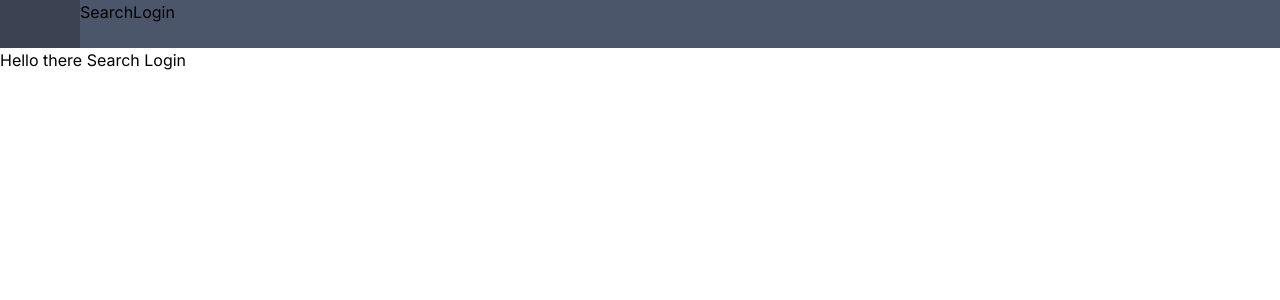
Repository: Qu4ntumGuy/project-bug
Page: /
These files come from the project's save history. The page is drawn as it stood at one moment and after the next save; the edit follows.
The browser window is 1280 px wide. The pictures show the whole page.
The project was rebuilt for these pictures with package versions that can differ from the ones it lists, and the page was loaded fresh each time. The framework's server and built-in components were replaced by stand-ins that run in the browser. Also part of the build but not shown: next.config.mjs.

Above is the page before, as saved 2024-02-11 22:07:08.

### src/app/layout.js
import { Inter } from "next/font/google";
import "./globals.css";

const inter = Inter({ subsets: ["latin"] });

export default function RootLayout({ children }) {
  return (
    <html lang="en">
      <head>
        <title>Project-bug</title>
        <meta name="description" content="Description goes here." />
        <link rel="preconnect" href="https://fonts.googleapis.com" />
        <link rel="preconnect" href="https://fonts.gstatic.com" crossorigin />
        <link
          href="https://fonts.googleapis.com/css2?family=Fira+Code:wght@300;400;500;600&display=swap"
          rel="stylesheet"
        />
      </head>
      <body className={inter.className}>{children}</body>
    </html>
  );
}

### src/app/page.js
import Navbar from "@/components/Navbar";
import Image from "next/image";

export default function Home() {
  return (
    <div>
      <Navbar />
      Hello there Search Login
    </div>
  );
}

### src/app/globals.css
@tailwind base;
@tailwind components;
@tailwind utilities;

/* :root {
  --foreground-rgb: 0, 0, 0;
  --background-start-rgb: 214, 219, 220;
  --background-end-rgb: 255, 255, 255;
} */

/* @media (prefers-color-scheme: dark) {
  :root {
    --foreground-rgb: 255, 255, 255;
    --background-start-rgb: 0, 0, 0;
    --background-end-rgb: 0, 0, 0;
  }
} */

body {
  color: rgb(var(--foreground-rgb));
  background: rgba(255, 255, 255, 1);
  font-family: 'Fira Code', monospace;
}

@font-face {
  font-family: "Fira Code";
  src: url("../../public/font/FiraCode-VariableFont_wght.ttf")
    format("truetype");
}


/* @layer utilities {
  .text-balance {
    text-wrap: balance;
  }
} */

### src/components/Navbar.js
export default function Navbar() {
  return (
    <nav className="h-12 w-full bg-[#4C566A] flex">
      <div className="flex bg-[#3B4252] w-20 ">
        {/* <Image
          src={reactangle}
          alt="reactangle"
          width={60}
          height={60}
          className=" rounded-md"
        /> */}
      </div>
      <ul className="flex">
        <li>
          <a href="/search">Search</a>
        </li>
        <li>
          <a href="/login">Login</a>
        </li>
      </ul>
    </nav>
  );
}

Loaded but not shown: tailwind.config.js (common file)

After the next save:
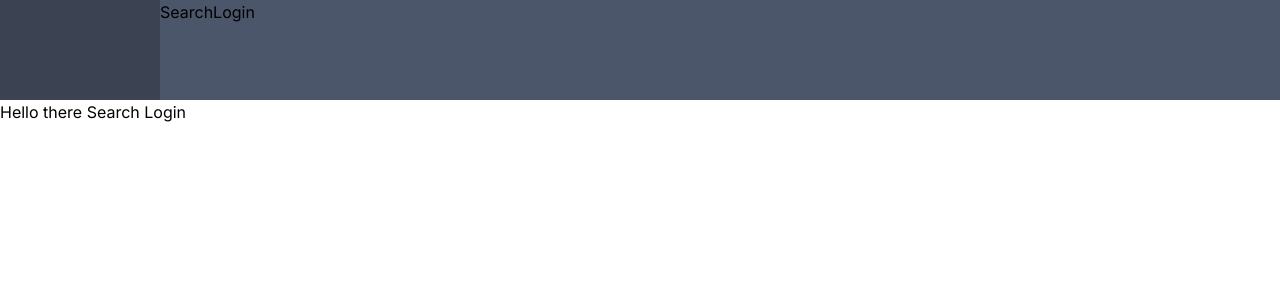
Saved 43 s later.
--- a/src/components/Navbar.js
+++ b/src/components/Navbar.js
@@ -1,7 +1,7 @@
 export default function Navbar() {
   return (
-    <nav className="h-12 w-full bg-[#4C566A] flex">
-      <div className="flex bg-[#3B4252] w-20 ">
+    <nav className="h-[100px] w-full bg-[#4C566A] flex">
+      <div className="flex bg-[#3B4252] w-40 ">
         {/* <Image
           src={reactangle}
           alt="reactangle"
